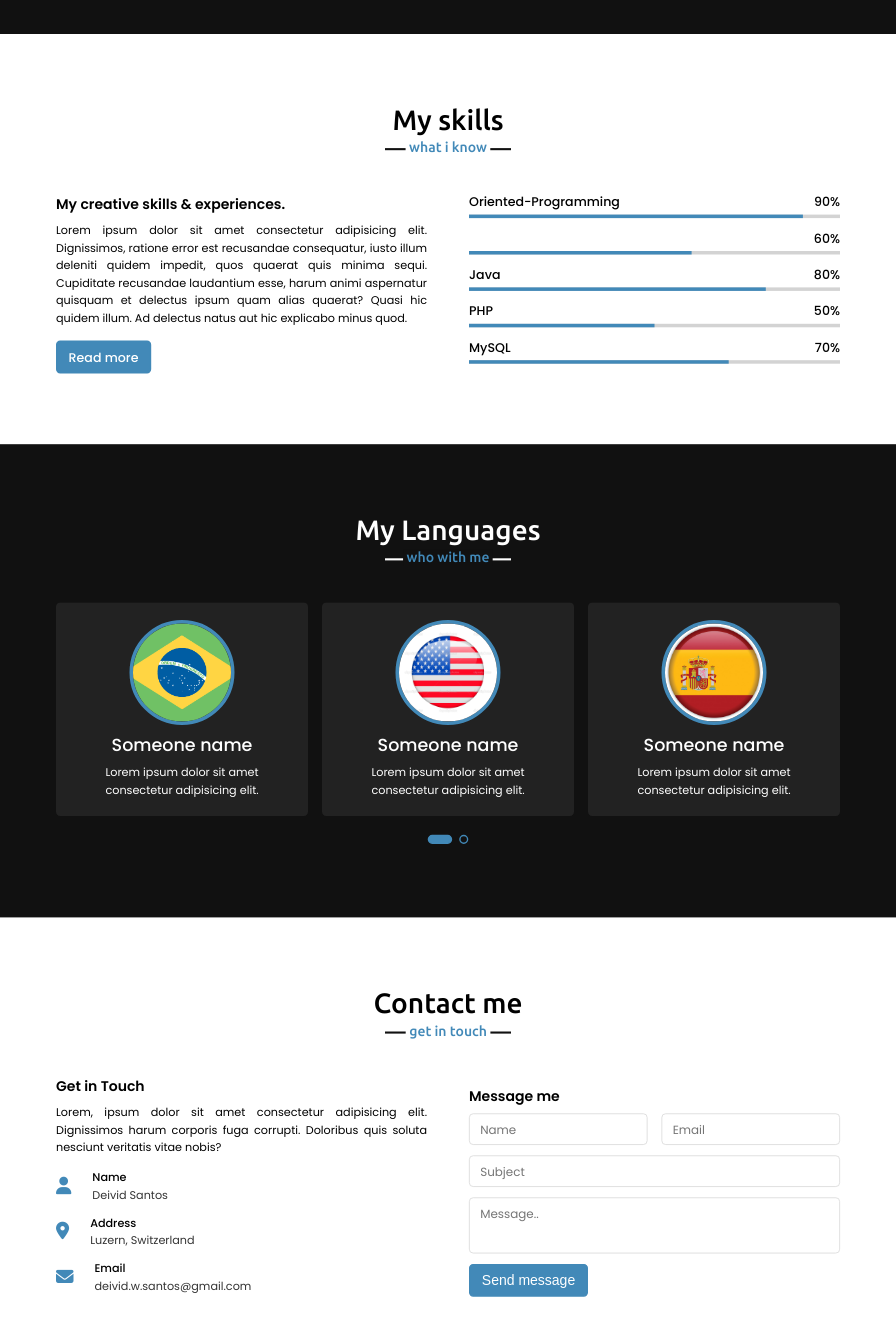
Repository: deividwsantoss/portfolio
Page: index.html
The author's editor kept a copy of each file at every save. The page is drawn from the files as they stood at one save, then again after the next save.
The browser window is 1280 px wide. The pictures show the part of the page from y = 2051 to 3971 px (the page is 4073 px tall), at 70% of full size.
Some web libraries are served in a nearby version.

Above is the page before, as saved 2021-03-02 09:07:20.

After the next save:
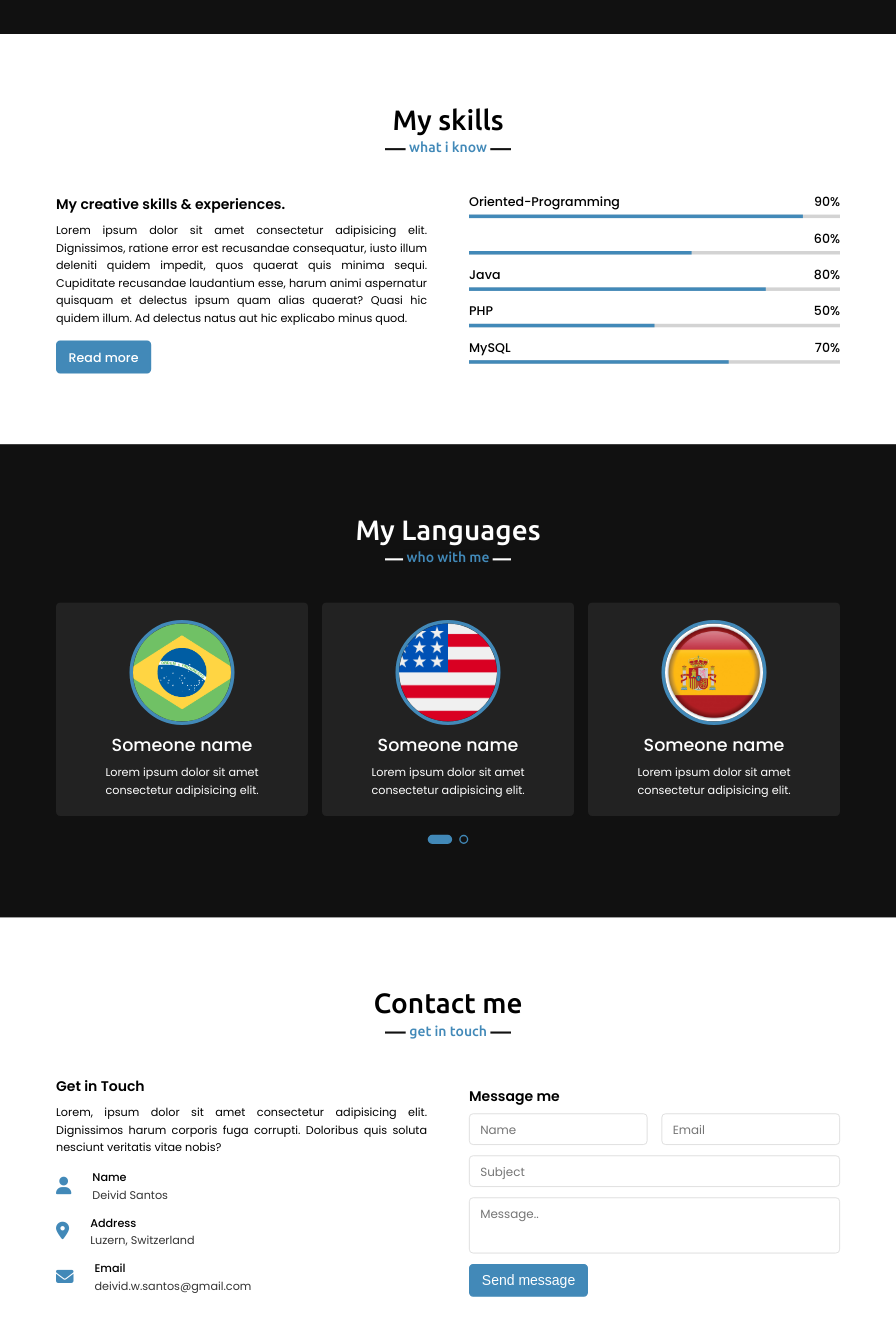
Saved 3 min 0 s later.
--- a/index.html
+++ b/index.html
@@ -152,7 +152,7 @@
             </div>
             <div class="card">
                 <div class="box">
-                    <img src="images/usa.jpg" alt="">
+                    <img src="images/usa.png" alt="">
                     <div class="text">Someone name</div>
                     <p>Lorem ipsum dolor sit amet consectetur adipisicing elit.</p>
                 </div>
